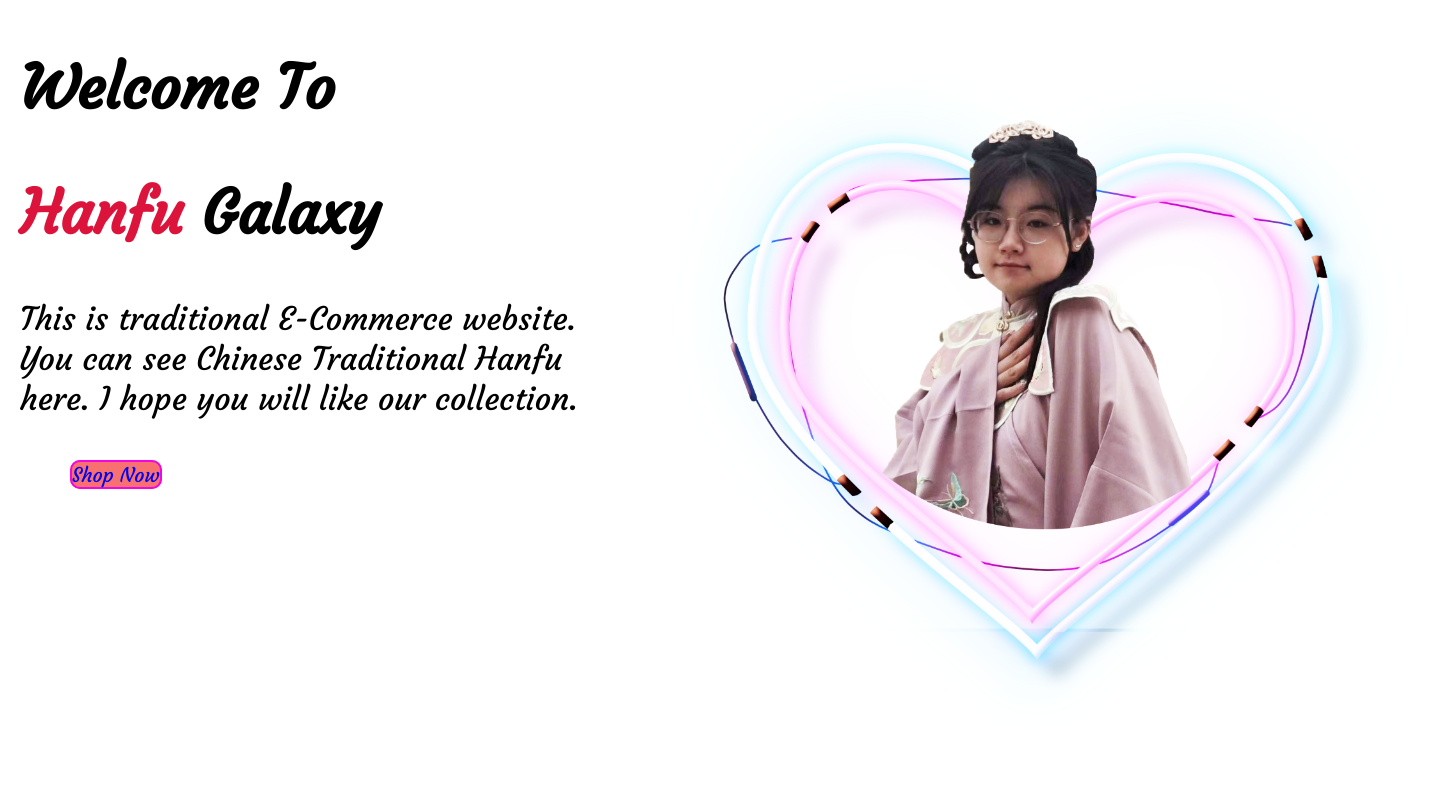
Repository: ramizraaz/E-Commerce
Page: index.html
These files come from the project's save history. The page is drawn as it stood at one moment and after the next save; the edit follows.
The browser window is 1280 px wide. The page is 1440 px wide, so the pictures cover 1440 px, including what lies to the right of the window. The pictures show the whole page.

Above is the page before, as saved 2022-02-06 20:56:00.

### index.html
<!DOCTYPE html>
<html lang="en">

<head>
    <meta charset="UTF-8">
    <meta http-equiv="X-UA-Compatible" content="IE=edge">
    <meta name="viewport" content="width=device-width, initial-scale=1.0">
    <title>Document</title>
    <link rel="stylesheet" href="main.css">
</head>

<body>
    <section class="top">
        <div class="container">
            <h1>Welcome To </h1>
            <h1><span> Hanfu </span>Galaxy</h1>
            <p>This is traditional E-Commerce website. You can see Chinese Traditional Hanfu here. I hope you will like our collection.
            </p>
            <a href="index.html">Shop Now</a>
        </div>
        <div class="container">
            <img src="images/bg-1.png" alt="showart">
        </div>
    </section>
</body>

</html>

### main.css
@import url('https://fonts.googleapis.com/css2?family=Courgette&display=swap');
body {
    font-family: 'Courgette', cursive;
    margin: 0;
    font-size: 2rem;
}

h1 {
    font-size: 60px;
}

span {
    color: crimson;
}

img {
    width: 800px;
}

a {
    text-decoration: none;
    border: 2px solid #f104e6;
    border-radius: 10px;
    font-size: 20px;
    margin-left: 50px;
    background-color: rgba(243, 7, 7, 0.575);
}

.top {
    display: flex;
    ;
}

.container {
    width: 50%;
    padding-left: 20px;
}

After the next save:
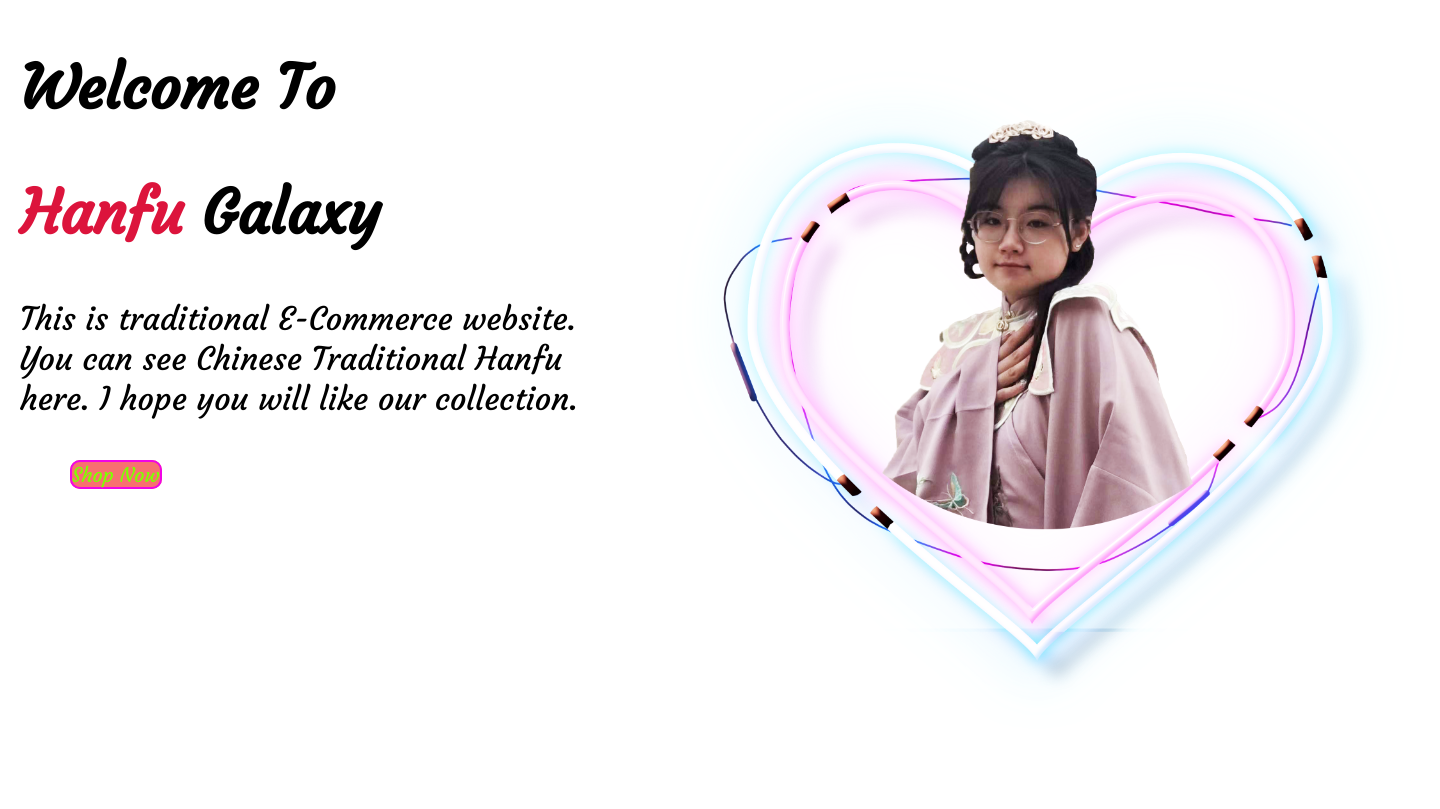
Saved 18 s later.
--- a/main.css
+++ b/main.css
@@ -24,6 +24,7 @@ a {
     font-size: 20px;
     margin-left: 50px;
     background-color: rgba(243, 7, 7, 0.575);
+    color: chartreuse;
 }
 
 .top {
